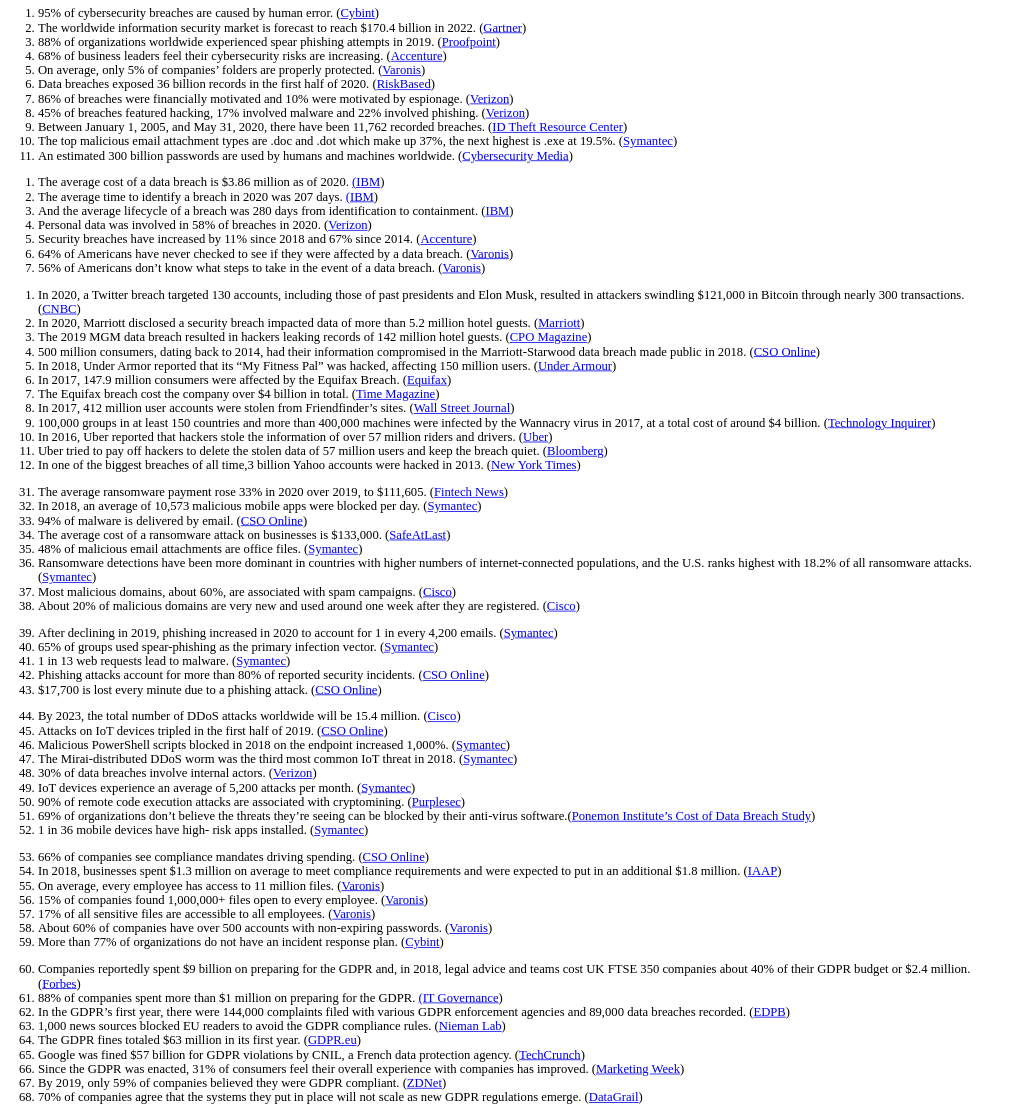
Repository: AniruddhAnand/zero_day_shield
Page: assets/data/facts.html
These files come from the project's save history. The page is drawn as it stood at one moment and after the next save; the edit follows.
The browser window is 1280 px wide. The pictures show the whole page, at 79% of full size.

Above is the page before, as saved 2021-07-10 15:08:16.

After the next save:
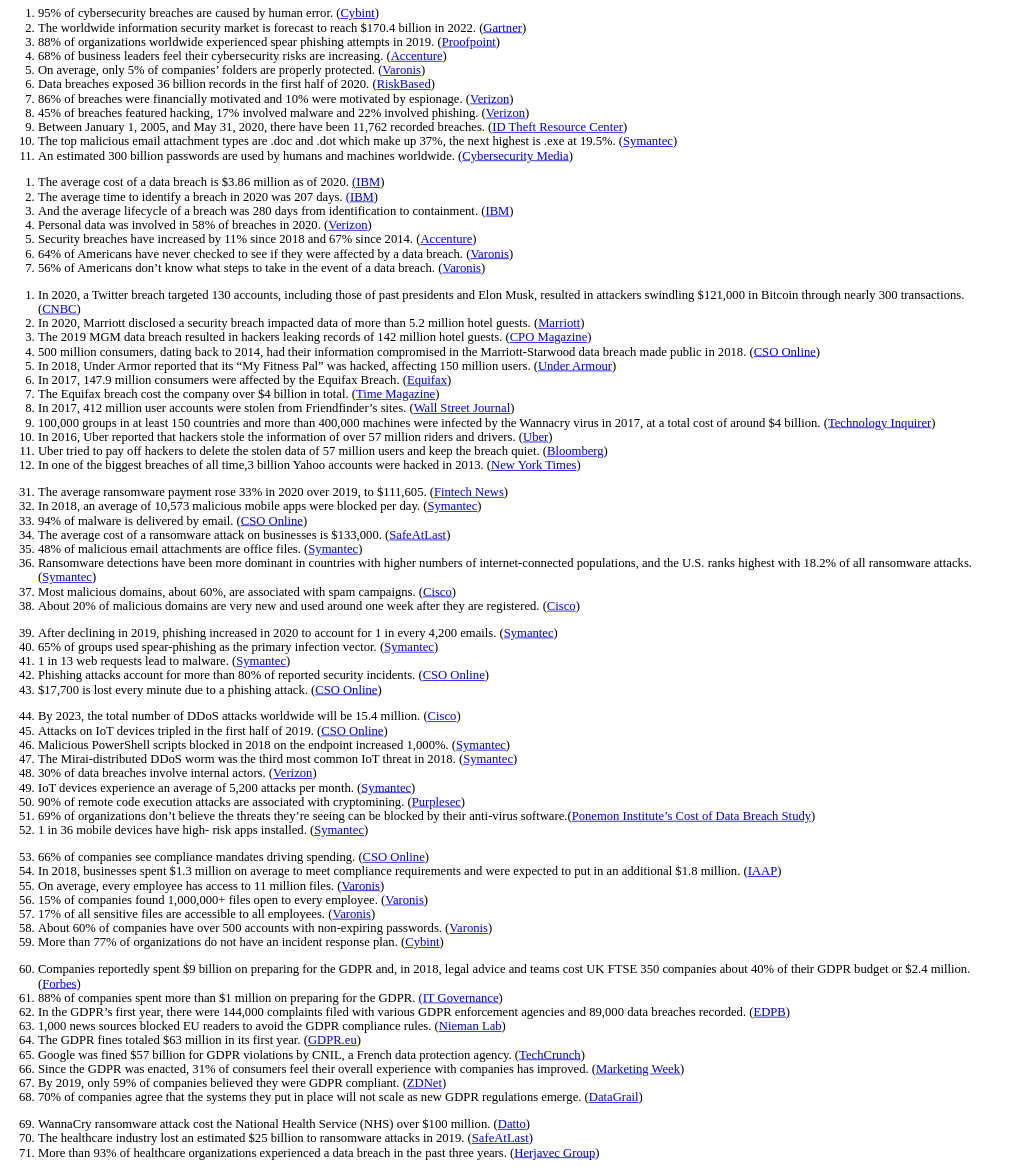
Saved 10 s later.
--- a/assets/data/facts.html
+++ b/assets/data/facts.html
@@ -168,6 +168,12 @@
                     <li aria-level="1">By 2019, only 59% of companies believed they were GDPR compliant. (<a href="https://www.zdnet.com/article/data-security-is-a-major-issue-in-gdpr-compliance/" target="_blank" rel="noopener noreferrer">ZDNet</a>)</li>
                     <li aria-level="1">70% of companies agree that the systems they put in place will not scale as new GDPR regulations emerge. (<a href="https://datagrail.io/downloads/GDPR-CCPA-cost-report.pdf" target="_blank" rel="noopener noreferrer">DataGrail</a>)</li>
                     </ol>
+                    <ol start="69">
+                        <li aria-level="1">WannaCry ransomware attack cost the National Health Service (NHS) over $100 million. (<a href="https://www.datto.com/blog/ransomware-news-wannacry-attack-costs-nhs-over-100-million" target="_blank" rel="noopener noreferrer">Datto</a>)</li>
+                        <li aria-level="1">The healthcare industry lost an estimated $25 billion to ransomware attacks in 2019. (<a href="https://safeatlast.co/blog/ransomware-statistics/" target="_blank" rel="noopener noreferrer">SafeAtLast</a>)</li>
+                        <li aria-level="1">More than 93% of healthcare organizations experienced a data breach in the past three years. (<a href="https://www.herjavecgroup.com/wp-content/uploads/2019/12/Healthcare-Cybersecurity-Report-2020.pdf" target="_blank" rel="noopener noreferrer">Herjavec Group</a>)</li>
+                        </ol>
+
 </body>
 
 </html>
